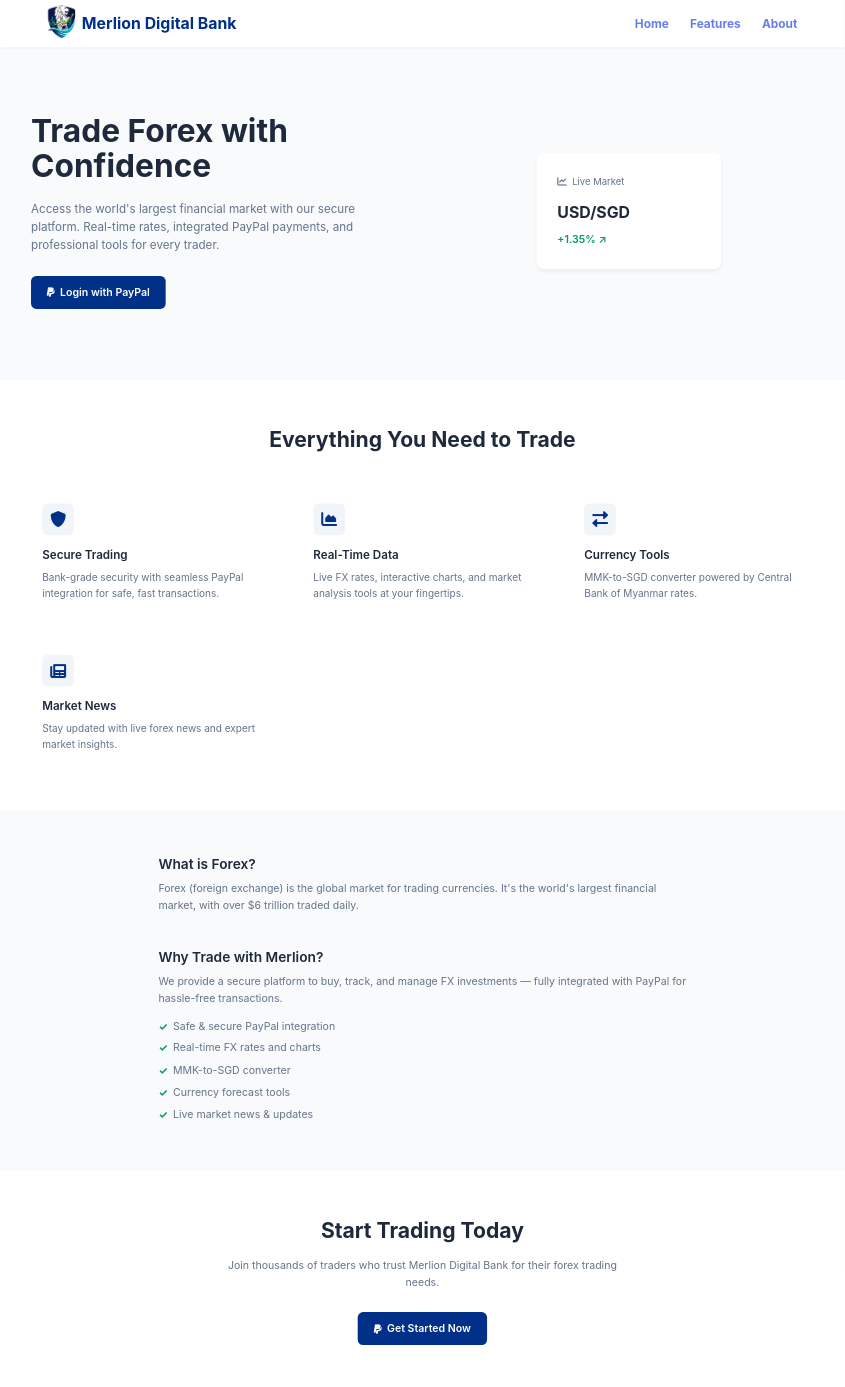
Repository: MayThetNaingBo/MerlionFX-app
Page: http://localhost/
These files come from the project's save history. The page is drawn as it stood at one moment and after a run of saves; the edit follows.
The browser window is 1280 px wide. The pictures show the whole page, at 66% of full size.
The page is served by the project's application, run on Flask 3 (app.py).

Above is the page before, as saved 2025-08-07 23:49:38.

### templates/index.html
<!DOCTYPE html>
<html lang="en">
<head>
    <meta charset="UTF-8">
    <meta name="viewport" content="width=device-width, initial-scale=1.0">
    <title>Merlion Digital Bank - Forex Trading Platform</title>
    <link href="https://cdnjs.cloudflare.com/ajax/libs/font-awesome/6.0.0/css/all.min.css" rel="stylesheet">
    <style>
        * {
            margin: 0;
            padding: 0;
            box-sizing: border-box;
        }

        body {
            font-family: -apple-system, BlinkMacSystemFont, 'Segoe UI', Roboto, sans-serif;
            line-height: 1.6;
            color: #333;
            background: #f8fafc;
        }

        /* Navigation */
        .navbar {
            background: white;
            padding: 1rem 0;
            box-shadow: 0 1px 3px rgba(0, 0, 0, 0.1);
            position: fixed;
            width: 100%;
            top: 0;
            z-index: 100;
        }

        .nav-container {
            max-width: 1200px;
            margin: 0 auto;
            padding: 0 2rem;
            display: flex;
            justify-content: space-between;
            align-items: center;
        }

        .logo-container {
            display: flex;
            align-items: center;
            gap: 0.75rem;
        }

        .logo-icon {
            width: 40px;
            height: 40px;
            border-radius: 8px;
            display: flex;
            align-items: center;
            justify-content: center;
            color: white;
            font-size: 1.5rem;
            font-weight: bold;
            padding-top: 5px;
        }

        .logo {
            font-size: 1.5rem;
            font-weight: 700;
            color: #003087;
        }

        .nav-links {
            display: flex;
            list-style: none;
            gap: 2rem;
        }

        .nav-links a {
            color: #667eea;
            text-decoration: none;
            font-weight: 700;
            transition: color 0.2s;
            font-size:large;
        }

        .nav-links a:hover {
            color: #003087;
        }

        /* Hero Section */
        .hero {
            padding: 8rem 2rem 4rem;
            max-width: 1250px;
            margin: 0 auto;
            display: grid;
            grid-template-columns: 1fr 1fr;
            gap: 4rem;
            align-items: center;
            min-height: 80vh;
        }

        .hero-content h1 {
            font-size: 3rem;
            font-weight: 700;
            color: #1e293b;
            margin-bottom: 1.5rem;
            line-height: 1.1;
        }

        .hero-content p {
            font-size: 1.1rem;
            color: #64748b;
            margin-bottom: 2rem;
        }

        .cta-button {
            display: inline-flex;
            align-items: center;
            gap: 0.5rem;
            background: #003087;
            color: white;
            padding: 0.75rem 1.5rem;
            border: none;
            border-radius: 8px;
            font-weight: 600;
            text-decoration: none;
            transition: all 0.2s;
        }

        .cta-button:hover {
            background: #002060;
            transform: translateY(-1px);
            color: white;
        }

        .hero-visual {
            display: flex;
            justify-content: center;
            gap: 1.5rem;
            flex-wrap: wrap;
        }

        .card {
            background: white;
            padding: 2rem;
            border-radius: 12px;
            box-shadow: 0 4px 6px rgba(0, 0, 0, 0.05);
            width: 280px;
        }

        .card-header {
            display: flex;
            align-items: center;
            gap: 0.5rem;
            margin-bottom: 1rem;
            color: #64748b;
            font-size: 0.9rem;
        }

        .currency-pair {
            font-size: 1.5rem;
            font-weight: 700;
            color: #1e293b;
            margin-bottom: 0.5rem;
        }

        .price-change {
            color: #059669;
            font-weight: 600;
        }

        .logo-card {
            background: linear-gradient(135deg, #003087, #0066cc);
            color: white;
            display: flex;
            flex-direction: column;
            align-items: center;
            justify-content: center;
            text-align: center;
            position: relative;
            overflow: hidden;
        }

        .logo-card::before {
            content: '';
            position: absolute;
            top: -50%;
            right: -50%;
            width: 100%;
            height: 100%;
            background: rgba(255, 255, 255, 0.1);
            border-radius: 50%;
            transform: rotate(45deg);
        }

        .hero-logo-icon {
            font-size: 3rem;
            font-weight: bold;
            margin-bottom: 1rem;
            z-index: 2;
            position: relative;
        }

        .hero-logo-text {
            font-size: 1.2rem;
            font-weight: 600;
            margin-bottom: 0.5rem;
            z-index: 2;
            position: relative;
        }

        .hero-logo-tagline {
            font-size: 0.9rem;
            opacity: 0.9;
            z-index: 2;
            position: relative;
        }

        /* Features Section */
        .features {
            padding: 4rem 2rem;
            background: white;
        }

        .features-container {
            max-width: 1200px;
            margin: 0 auto;
            text-align: center;
        }

        .features h2 {
            font-size: 2rem;
            font-weight: 700;
            color: #1e293b;
            margin-bottom: 3rem;
        }

        .features-grid {
            display: grid;
            grid-template-columns: repeat(auto-fit, minmax(280px, 1fr));
            gap: 2rem;
        }

        .feature {
            padding: 1.5rem;
            text-align: left;
        }

        .feature-icon {
            width: 48px;
            height: 48px;
            background: #f1f5f9;
            border-radius: 8px;
            display: flex;
            align-items: center;
            justify-content: center;
            margin-bottom: 1rem;
            color: #003087;
            font-size: 1.5rem;
        }

        .feature h3 {
            font-size: 1.1rem;
            font-weight: 600;
            color: #1e293b;
            margin-bottom: 0.5rem;
        }

        .feature p {
            color: #64748b;
            font-size: 0.95rem;
        }

        /* Info Section */
        .info-section {
            padding: 4rem 2rem;
            background: #f8fafc;
        }

        .info-container {
            max-width: 800px;
            margin: 0 auto;
        }

        .info-grid {
            display: grid;
            gap: 2rem;
        }

        .info-item h3 {
            font-size: 1.3rem;
            font-weight: 600;
            color: #1e293b;
            margin-bottom: 0.5rem;
        }

        .info-item p {
            color: #64748b;
            margin-bottom: 1rem;
        }

        .benefits-list {
            list-style: none;
            padding: 0;
        }

        .benefits-list li {
            display: flex;
            align-items: center;
            gap: 0.5rem;
            margin-bottom: 0.5rem;
            color: #64748b;
        }

        .benefits-list li::before {
            content: "✓";
            color: #059669;
            font-weight: bold;
        }

        /* CTA Section */
        .cta-section {
            padding: 4rem 2rem;
            background: white;
            text-align: center;
        }

        .cta-section h2 {
            font-size: 2rem;
            font-weight: 700;
            color: #1e293b;
            margin-bottom: 1rem;
        }

        .cta-section p {
            color: #64748b;
            margin-bottom: 2rem;
            max-width: 600px;
            margin-left: auto;
            margin-right: auto;
        }

        /* Responsive */
        @media (max-width: 768px) {
            .hero {
                grid-template-columns: 1fr;
                gap: 4rem;
                text-align: center;
                padding: 30rem 2rem 4rem;
            }

            .hero-content h1 {
                font-size: 2.5rem;
                gap: 3rem;
            }

            .nav-links {
                display: none;
            }

            .features-grid {
                grid-template-columns: 1fr;
            }

            .logo {
                font-size: 1.3rem;
            }

            .logo-icon {
                width: 35px;
                height: 35px;
                font-size: 1.2rem;
            }
        }
    </style>
</head>
<body>
    <!-- Navigation -->
    <nav class="navbar">
        <div class="nav-container">
            <div class="logo-container">
                <div class="logo-icon"><img src="../static/images/Merlion.png" style="width: 250%; height: 250%;"></div>
                <div class="logo">Merlion Digital Bank</div>
            </div>
            <ul class="nav-links">
                <li><a href="#home">Home</a></li>
                <li><a href="#features">Features</a></li>
                <li><a href="#about">About</a></li>
            </ul>
        </div>
    </nav>

    <!-- Hero Section -->
    <section class="hero" id="home">
        <div class="hero-content">
            <h1>Trade Forex with Confidence</h1>
            <p>Access the world's largest financial market with our secure platform. Real-time rates, integrated PayPal payments, and professional tools for every trader.</p>
            <a href="/login" class="cta-button">
                <i class="fab fa-paypal"></i>
                Login with PayPal
            </a>
        </div>
        <div class="hero-visual">
            <div class="card">
                <div class="card-header">
                    <i class="fas fa-chart-line"></i>
                    <span>Live Market</span>
                </div>
                <div class="currency-pair">USD/SGD</div>
                <div class="price-change">+1.35% ↗</div>
            </div>
        </div>
    </section>

    <!-- Features Section -->
    <section class="features" id="features">
        <div class="features-container">
            <h2>Everything You Need to Trade</h2>
            <div class="features-grid">
                <div class="feature">
                    <div class="feature-icon">
                        <i class="fas fa-shield-alt"></i>
                    </div>
                    <h3>Secure Trading</h3>
                    <p>Bank-grade security with seamless PayPal integration for safe, fast transactions.</p>
                </div>

                <div class="feature">
                    <div class="feature-icon">
                        <i class="fas fa-chart-area"></i>
                    </div>
                    <h3>Real-Time Data</h3>
                    <p>Live FX rates, interactive charts, and market analysis tools at your fingertips.</p>
                </div>

                <div class="feature">
                    <div class="feature-icon">
                        <i class="fas fa-exchange-alt"></i>
                    </div>
                    <h3>Currency Tools</h3>
                    <p>MMK-to-SGD converter powered by Central Bank of Myanmar rates.</p>
                </div>

                <div class="feature">
                    <div class="feature-icon">
                        <i class="fas fa-newspaper"></i>
                    </div>
                    <h3>Market News</h3>
                    <p>Stay updated with live forex news and expert market insights.</p>
                </div>
            </div>
        </div>
    </section>

    <!-- Info Section -->
    <section class="info-section" id="about">
        <div class="info-container">
            <div class="info-grid">
                <div class="info-item">
                    <h3>What is Forex?</h3>
                    <p>Forex (foreign exchange) is the global market for trading currencies. It's the world's largest financial market, with over $6 trillion traded daily.</p>
                </div>

                <div class="info-item">
                    <h3>Why Trade with Merlion?</h3>
                    <p>We provide a secure platform to buy, track, and manage FX investments — fully integrated with PayPal for hassle-free transactions.</p>

                    <ul class="benefits-list">
                        <li>Safe & secure PayPal integration</li>
                        <li>Real-time FX rates and charts</li>
                        <li>MMK-to-SGD converter</li>
                        <li>Currency forecast tools</li>
                        <li>Live market news & updates</li>
                    </ul>
                </div>
            </div>
        </div>
    </section>

    <!-- CTA Section -->
    <section class="cta-section">
        <h2>Start Trading Today</h2>
        <p>Join thousands of traders who trust Merlion Digital Bank for their forex trading needs.</p>
        <a href="/login" class="cta-button">
            <i class="fab fa-paypal"></i>
            Get Started Now
        </a>
    </section>

    <script>
        // Simple scroll effect for navbar
        window.addEventListener('scroll', function() {
            const navbar = document.querySelector('.navbar');
            if (window.scrollY > 50) {
                navbar.style.boxShadow = '0 2px 10px rgba(0, 0, 0, 0.1)';
            } else {
                navbar.style.boxShadow = '0 1px 3px rgba(0, 0, 0, 0.1)';
            }
        });
    </script>
</body>
</html>

Loaded but not shown: app.py (787 lines, source omitted)

After the next 2 saves:
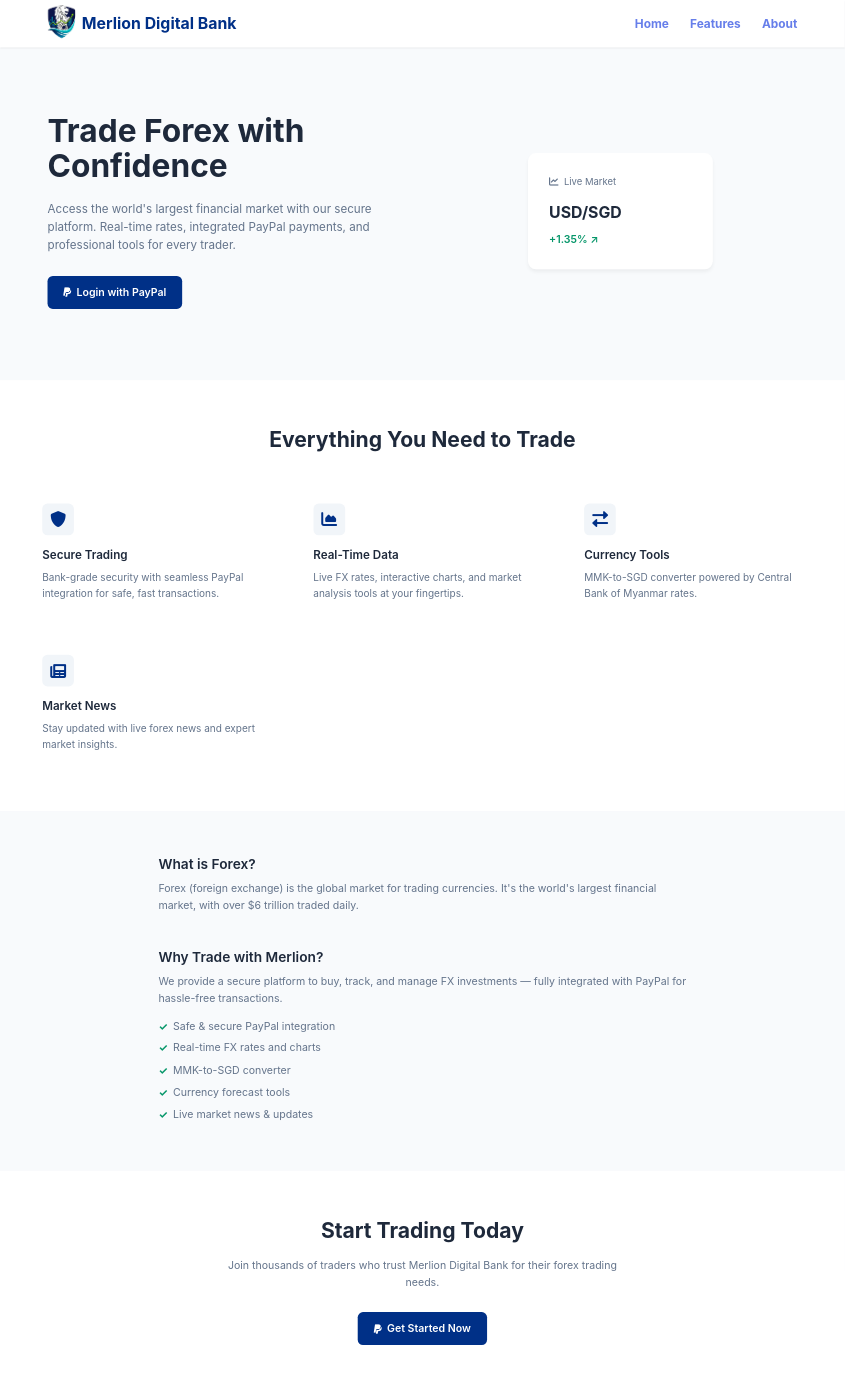
The 2 saves are shown as one change because they came seconds apart.
The last was saved 10 s later.
--- a/templates/index.html
+++ b/templates/index.html
@@ -85,7 +85,7 @@
         /* Hero Section */
         .hero {
             padding: 8rem 2rem 4rem;
-            max-width: 1250px;
+            max-width: 1200px;
             margin: 0 auto;
             display: grid;
             grid-template-columns: 1fr 1fr;
